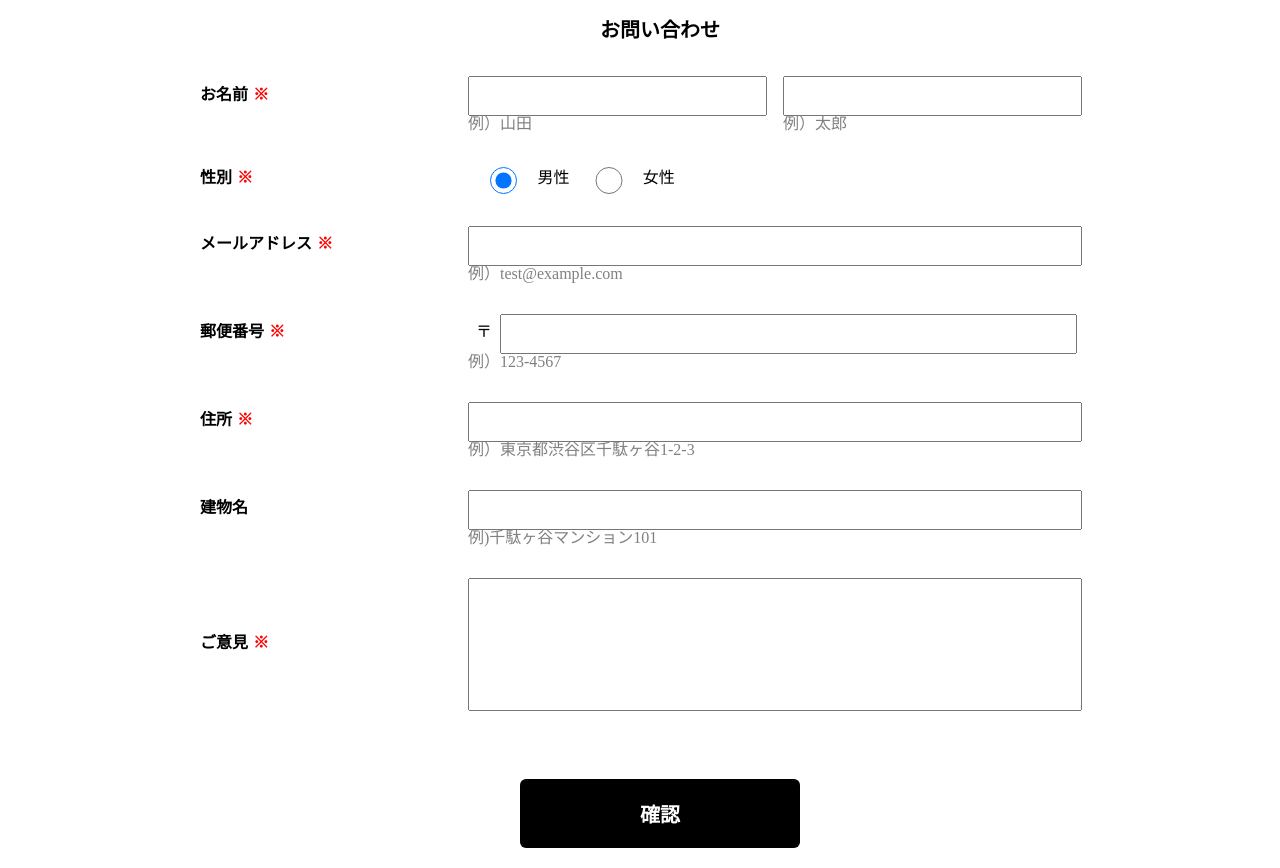
Repository: masanarimiura/20220723_miura_advance_test
Page: http://localhost/
An editor plug-in stored every save of this project. The page is shown before and after the next save, followed by the edit.
The browser window is 1280 px wide. The pictures show the whole page.
The page is served by the project's Laravel application, run on PHP 8.4 with Laravel 8.

Above is the page before, as saved 2022-07-21 09:10:16.

After the next save:
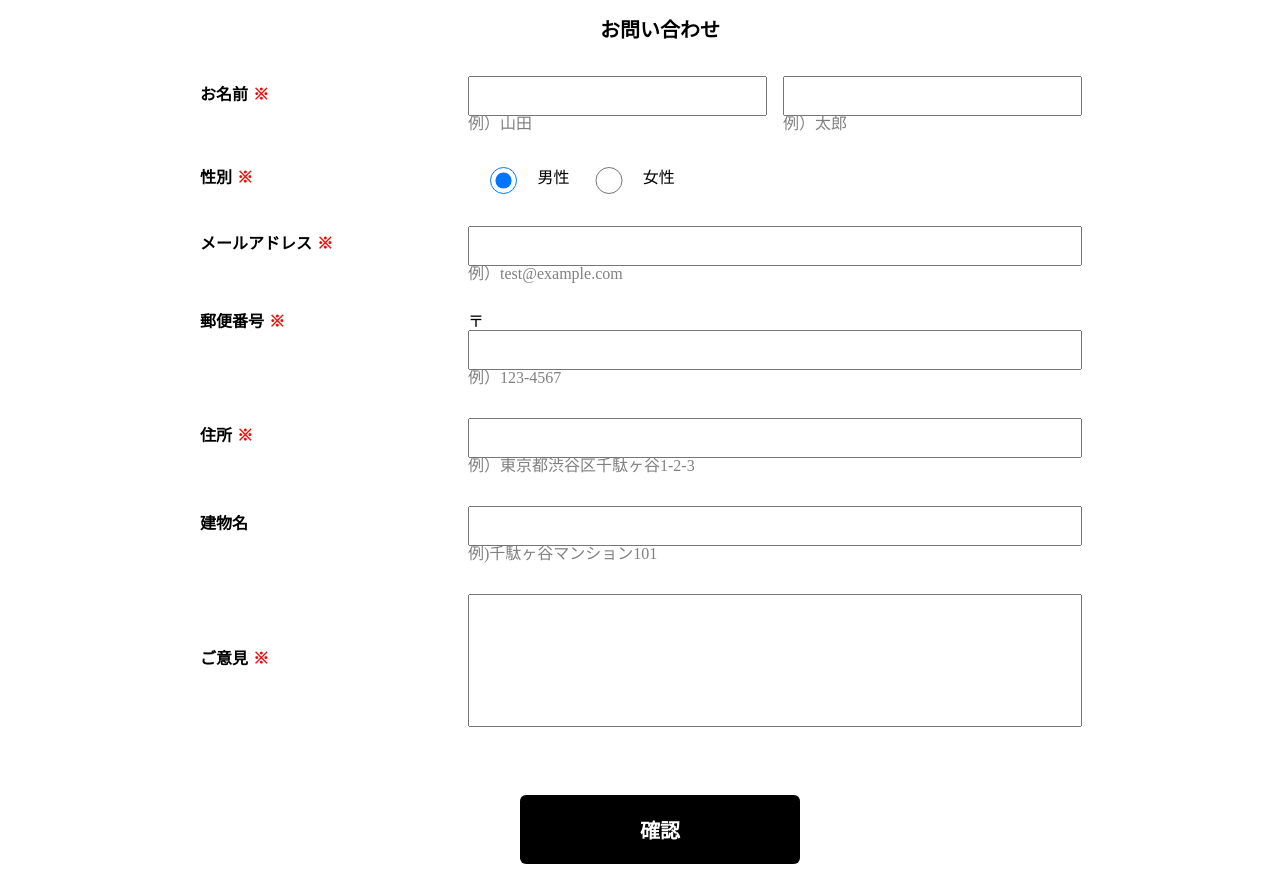
Saved 82 s later.
--- a/resources/views/index.blade.php
+++ b/resources/views/index.blade.php
@@ -146,22 +146,7 @@ input, select {
 .box_con form table tr td .example {
   color:grey;
 }
-.box_con form table tr td span {
-  width: 5%;
-  height: 3em;
-  padding: .5em;
-  -moz-box-sizing: border-box;
-  -webkit-box-sizing: border-box;
-  box-sizing: border-box;
-}
-.box_con form table tr .postcode-box-input {
-  width: 94%;
-  height: 3em;
-  padding: .5em;
-  -moz-box-sizing: border-box;
-  -webkit-box-sizing: border-box;
-  box-sizing: border-box;
-}
+
 .box_con form table tr .opinion-box-input{
   width: 100%;
   height: 10em;
